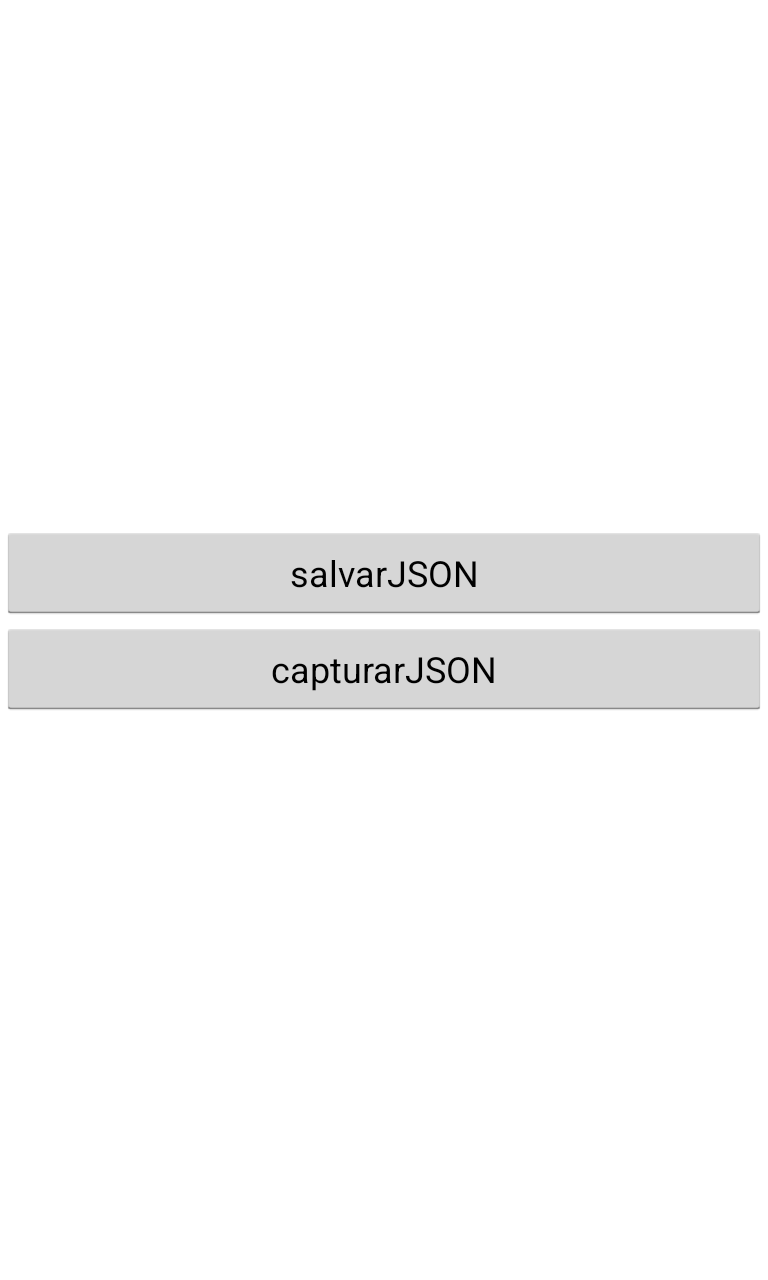
Repository: WertonGuimaraes/project-LES
Layout: LES/res/layout/activity_main.xml
The author's editor kept a copy of each file at every save. The layout is drawn from the files as they stood at one save, then again after the next save.
It is drawn on a 768 x 1280 px phone screen (xhdpi) without system bars, with theme MyTheme; the app's code is not run.

Above is the layout before, as saved 2014-05-25 13:36:59.

After the next save:
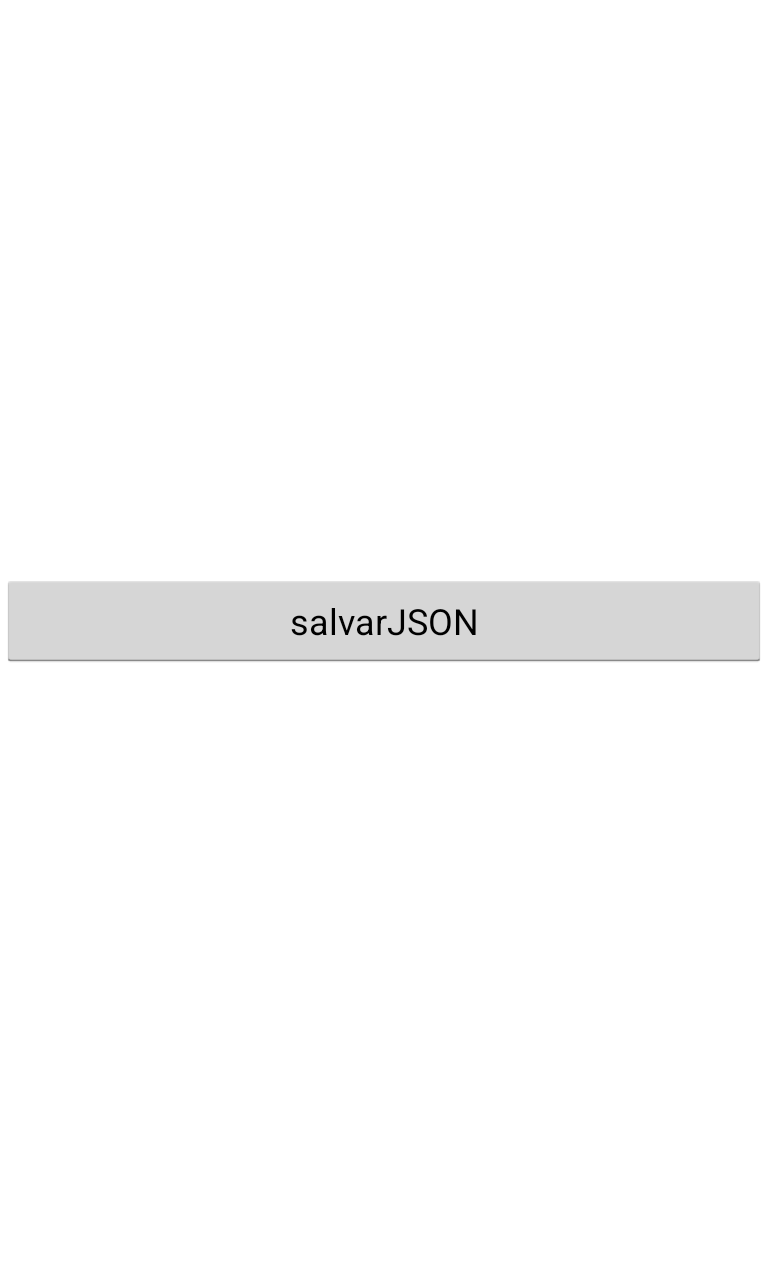
Saved 57 s later.
--- a/LES/res/layout/activity_main.xml
+++ b/LES/res/layout/activity_main.xml
@@ -15,12 +15,6 @@
         android:layout_height="wrap_content"
         android:text="salvarJSON" />
 
-    <Button
-        android:id="@+id/capturarJSON"
-        android:layout_width="match_parent"
-        android:layout_height="wrap_content"
-        android:text="capturarJSON" />
-
     <TextView
         android:id="@+id/result_JSON"
         android:layout_width="wrap_content"
